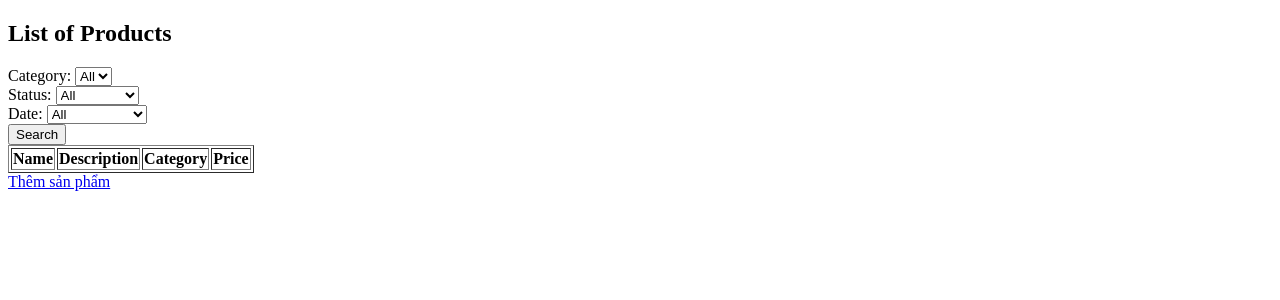
Repository: Dlhuutien/Spring
Page: http://localhost/product/list
An editor plug-in stored every save of this project. The page is shown before and after the next save, followed by the edit.
The browser window is 1280 px wide. The pictures show the whole page.
The page is this project's Thymeleaf template; nobody is signed in. The template is opened directly, without the code that normally fills it, so the values that code supplies are empty.

Above is the page before, as saved 2024-11-22 10:08:33.

After the next save:
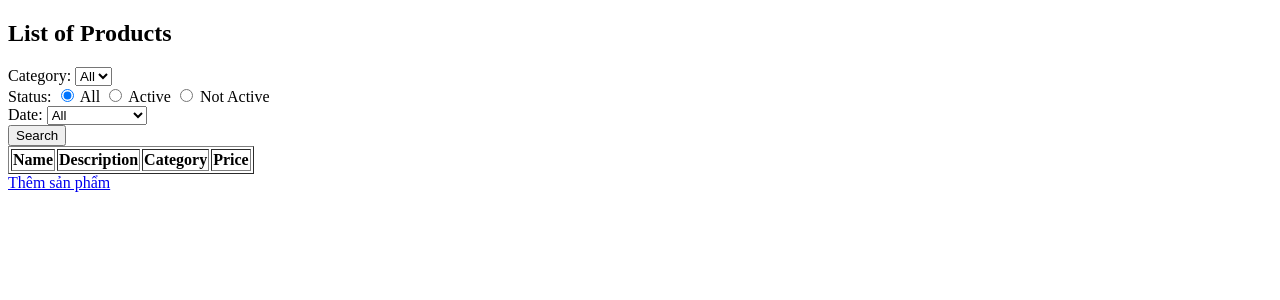
Saved 20 s later.
--- a/TH_CK/THCK/src/main/resources/templates/product/list.html
+++ b/TH_CK/THCK/src/main/resources/templates/product/list.html
@@ -19,12 +19,15 @@
 				</select>
 			</div>
 			<div>
-				<label>Status:</label> <select name="isActive">
-					<option value="">All</option>
-					<option value="true">Active</option>
-					<option value="false">Not Active</option>
-				</select>
+				<label>Status:</label> <label> <input type="radio"
+					name="isActive" value="" checked> All
+				</label> <label> <input type="radio" name="isActive" value="true">
+					Active
+				</label> <label> <input type="radio" name="isActive" value="false">
+					Not Active
+				</label>
 			</div>
+
 			<div>
 				<label>Date:</label> <select name="dateFilter">
 					<option value="">All</option>
